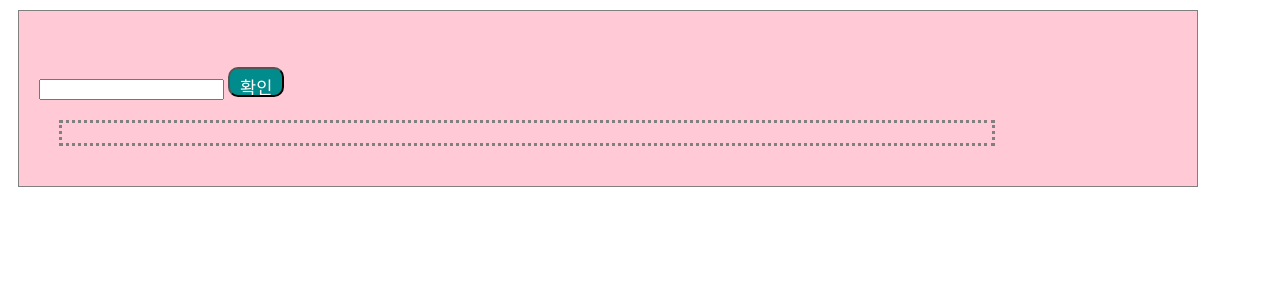
Repository: jeje0130/html
Page: member/WebContent/member/zipsearch.html
The author's editor kept a copy of each file at every save. The page is drawn from the files as they stood at one save, then again after the next save.
The browser window is 1280 px wide. The pictures show the whole page.

Above is the page before, as saved 2021-02-09 02:03:24.

After the next save:
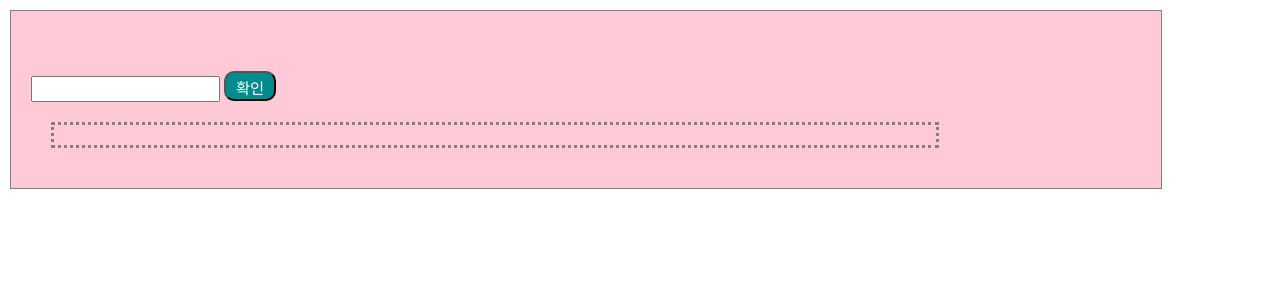
Saved 53 s later.
--- a/member/WebContent/member/zipsearch.html
+++ b/member/WebContent/member/zipsearch.html
@@ -4,7 +4,10 @@
 <meta charset="UTF-8">
 <title>Insert title here</title>
 <link rel = "stylesheet" href = "../css/public.css">
-<script src="../js/jquery-3.5.1.min.js"></script>
+<meta name="viewport" content="width=device-width, initial-scale=1">
+  <link rel="stylesheet" href="https://maxcdn.bootstrapcdn.com/bootstrap/3.4.1/css/bootstrap.min.css">
+  <script src="https://ajax.googleapis.com/ajax/libs/jquery/3.5.1/jquery.min.js"></script>
+  <script src="https://maxcdn.bootstrapcdn.com/bootstrap/3.4.1/js/bootstrap.min.js"></script>
 <script>
 
 	$(function () {
